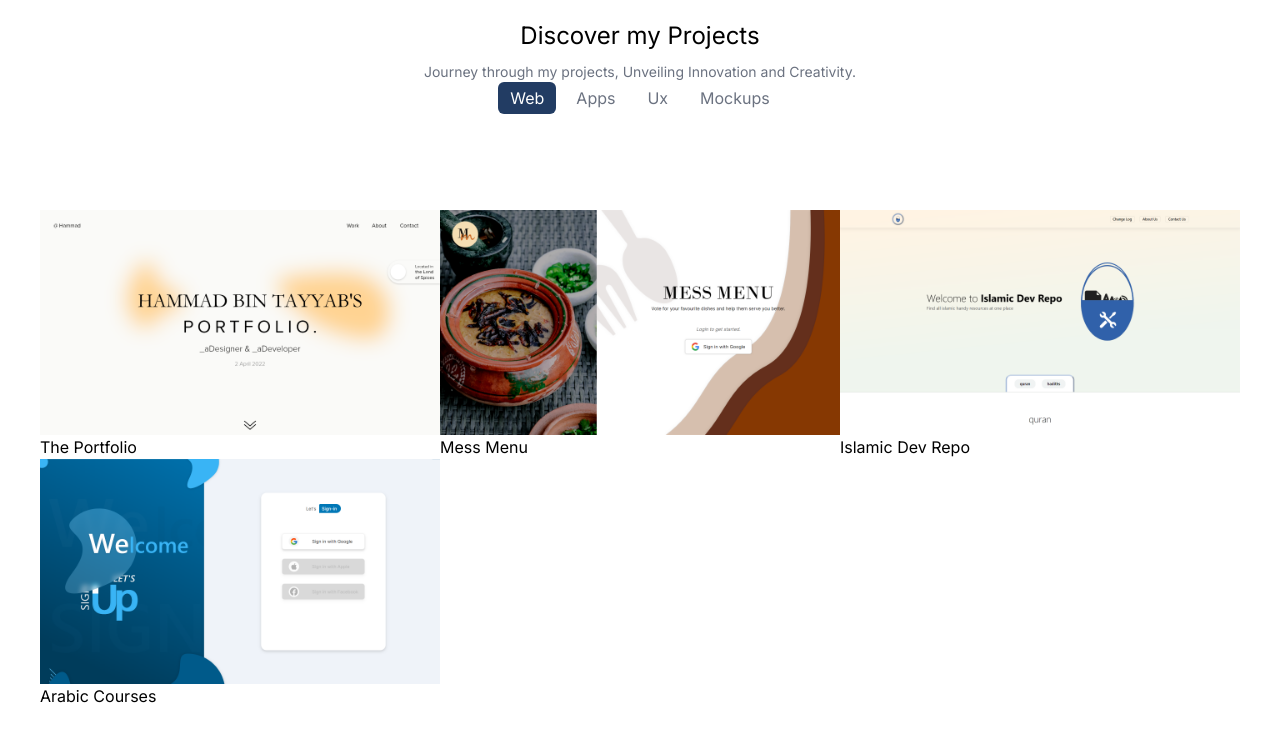
Repository: SpicierEwe/my_portfolio_v2
Page: /
The author's editor kept a copy of each file at every save. The page is drawn from the files as they stood at one save, then again after the next save.
The browser window is 1280 px wide. The pictures show the whole page.
The project was rebuilt for these pictures with package versions that can differ from the ones it lists, and the page was loaded fresh each time. The framework's server and built-in components were replaced by stand-ins that run in the browser. Also part of the build but not shown: next.config.js, core/utils/customIcons.js, core/utils/utils.tsx, core/db/sub_db_data/ux_db.js.

Above is the page before, as saved 2024-04-22 10:58:38.

After the next save:
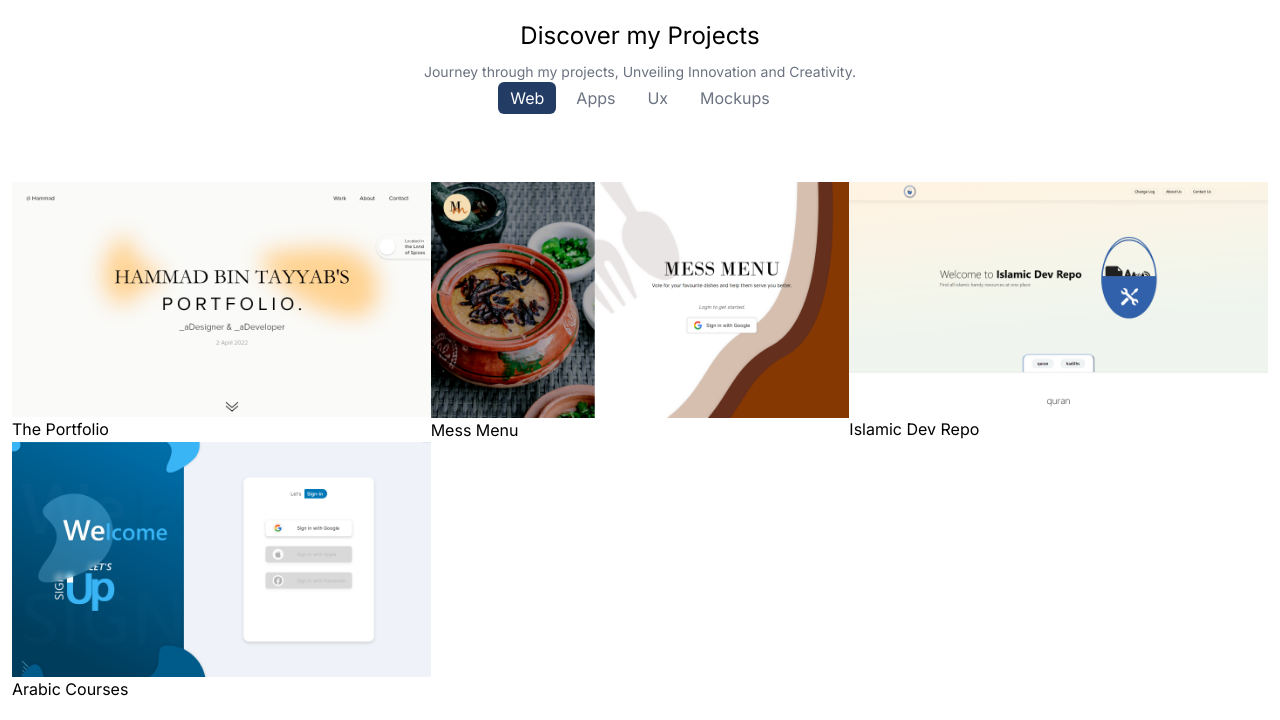
Saved 11 s later.
--- a/Components/Work_section/work_section.tsx
+++ b/Components/Work_section/work_section.tsx
@@ -46,7 +46,7 @@ export default function WorkSection() {
 
       <main>
         {/* projects */}
-        <div className="grid grid-cols-1 md:grid-cols-2 lg:grid-cols-3 gap-4 mt-14 p-10">
+        <div className="grid grid-cols-1 md:grid-cols-2 lg:grid-cols-3 gap-4 mt-14 px-3 py-3">
           {(db.portfolioItems as any)[navItems[selectedNavItemIndex]].map(
             (item: any, index: number) => {
               const projectName: string = item["projectName"];
